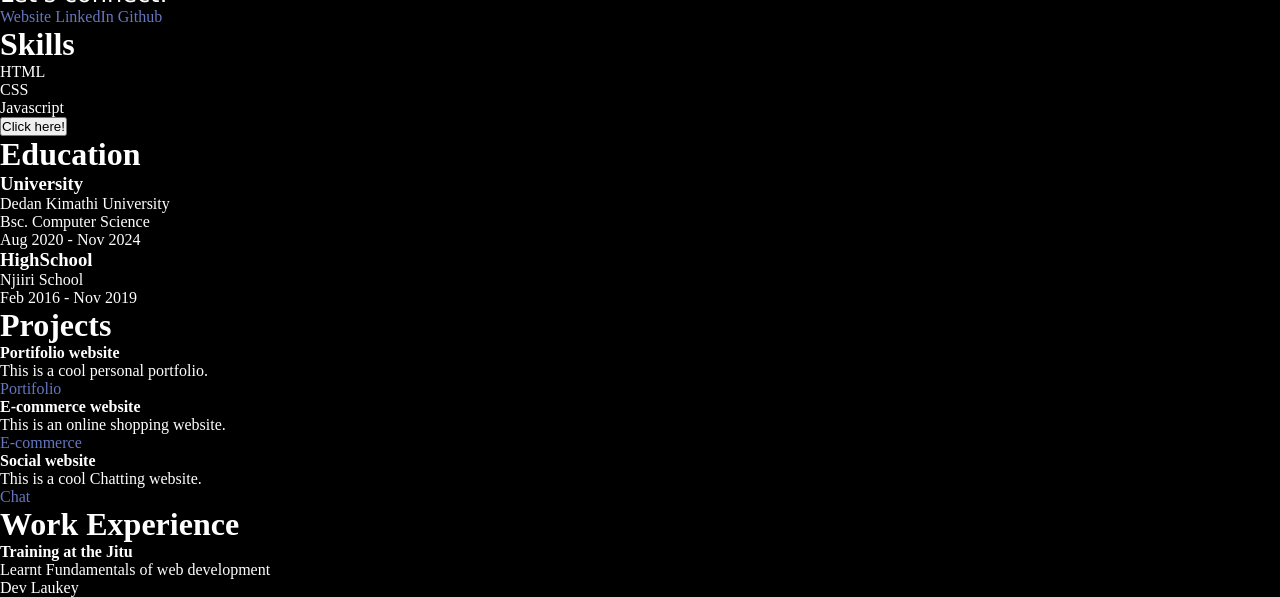
Repository: LaukeyMwaura/Jitu-Day-2
Page: index.html
The author's editor kept a copy of each file at every save. The page is drawn from the files as they stood at one save, then again after the next save.
The browser window is 1280 px wide. The pictures show the part of the page from y = 640 to 1247 px (the page is 1237 px tall before and 1247 px after).
A picture or video elsewhere on the page could not be fetched, so the positions and the page height are approximate.

Above is the page before, as saved 2022-05-12 00:22:43.

After the next save:
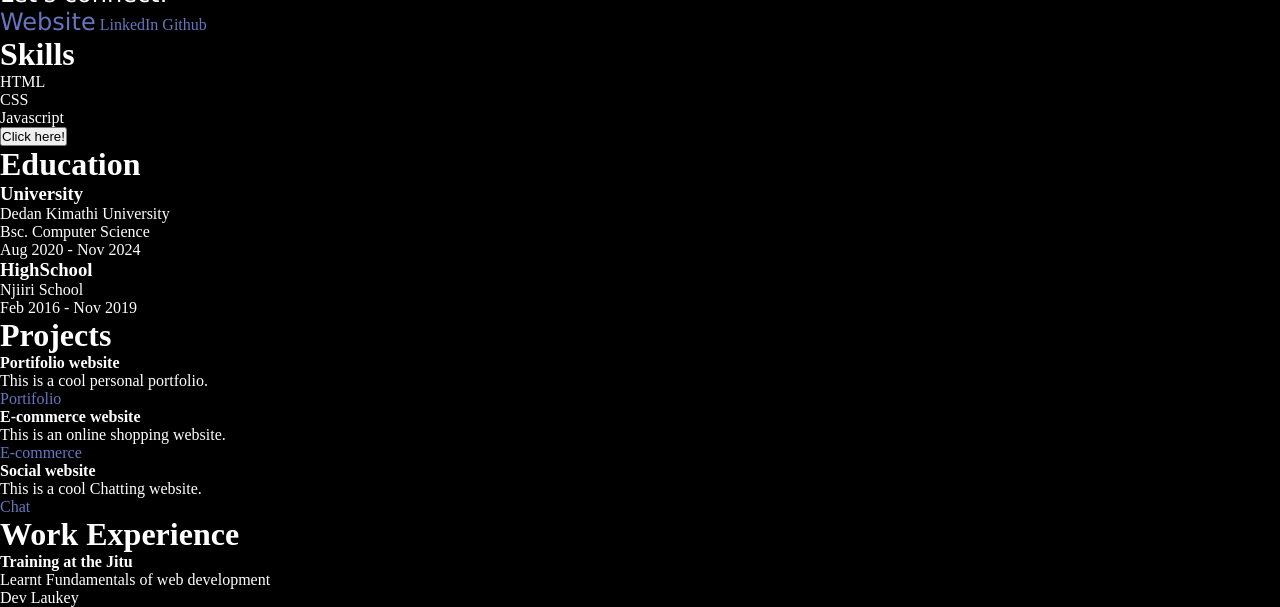
Saved 10 s later.
--- a/index.html
+++ b/index.html
@@ -35,7 +35,7 @@
       </div>
 
       <p class="text">Let's connect:</p>
-      <a  target="_blank" href="https://devlaukey.netlify.com/">Website</a>
+      <a class="text" target="_blank" href="https://devlaukey.netlify.com/">Website</a>
       <a target="_blank" href="https://www.linkedin.com/in/devlaukey/"
         >LinkedIn</a
       >
